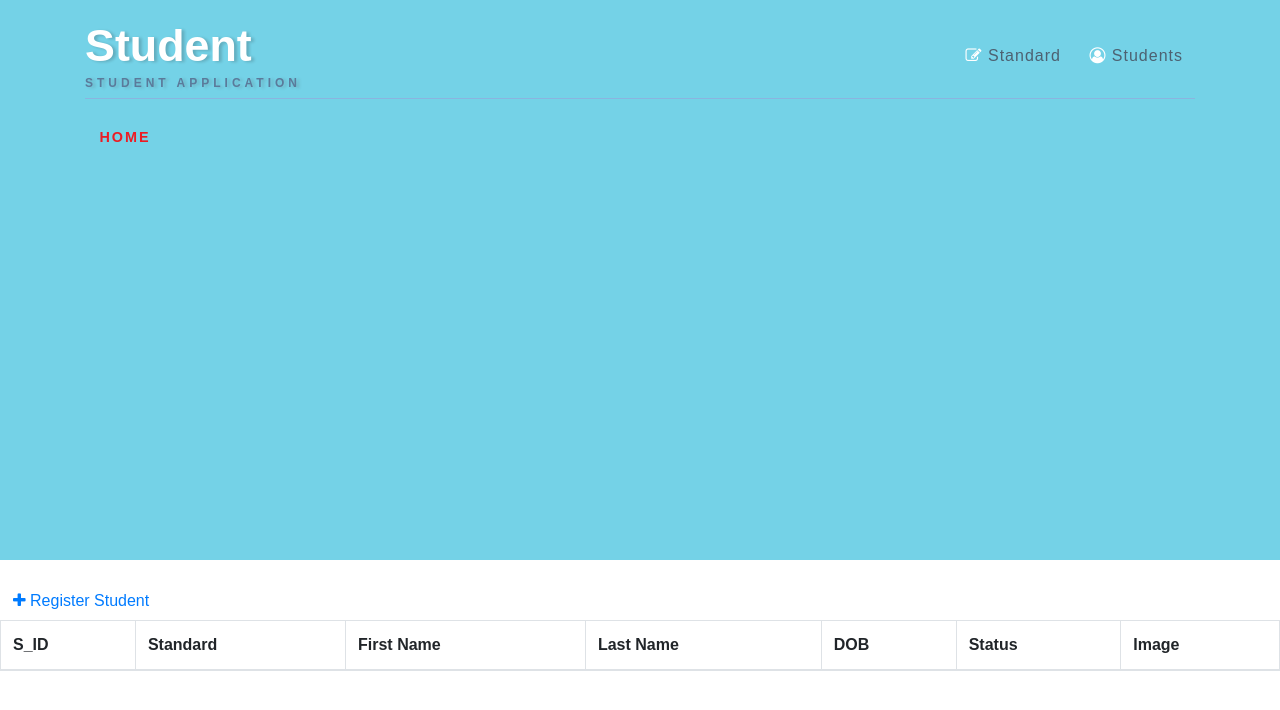
Repository: PallaviMadiya/Java-Framework-
Page: http://localhost/StudentApplication/student.jsp
The author's editor kept a copy of each file at every save. The page is drawn from the files as they stood at one save, then again after the next save.
The browser window is 1280 px wide. The pictures show the whole page.
Some web fonts or font styles are not loaded; a fallback is used. The page is served by Tomcat 9. Queries for data that is not in the repository find no rows.

Above is the page before, as saved 2023-10-18 09:09:57.

After the next save:
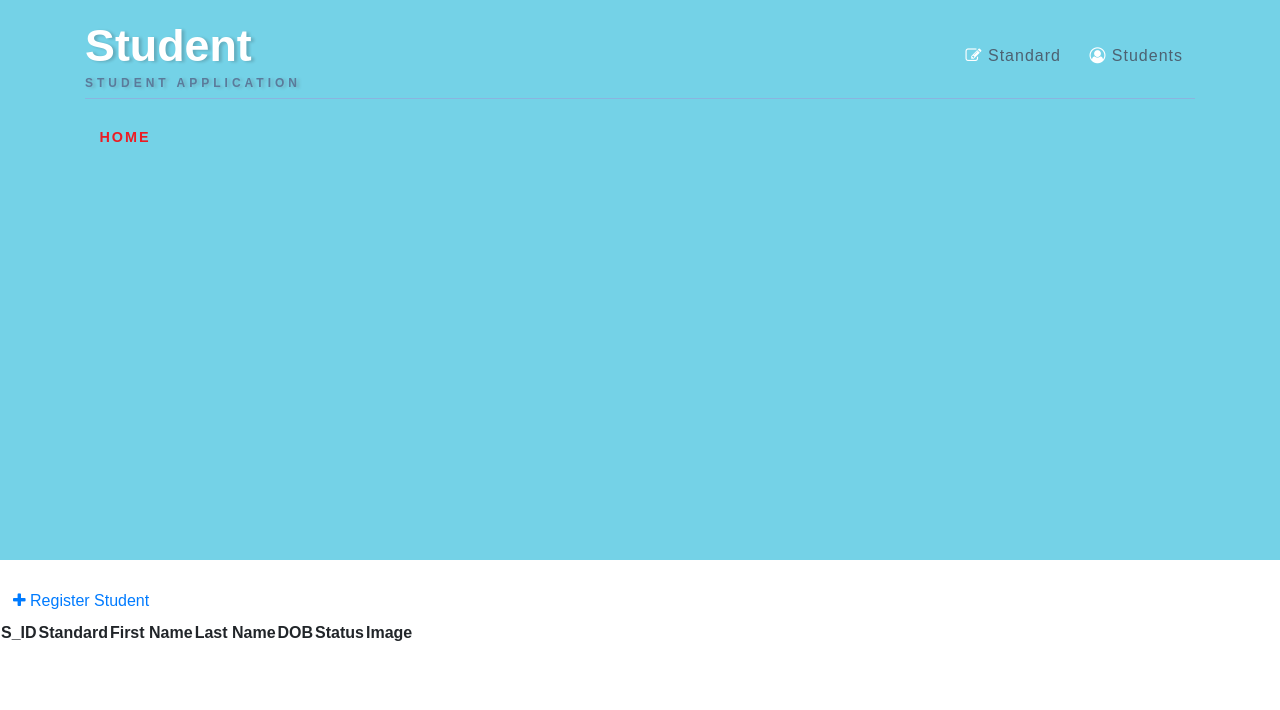
Saved 8 s later.
--- a/StudentApplication/src/main/webapp/student.jsp
+++ b/StudentApplication/src/main/webapp/student.jsp
@@ -19,7 +19,7 @@
     </div>
 	<%List<Student> list = StudentDao.getStudentList(); %>
 
-	<table class="table table-bordered" >
+	<table class="class="table table-hover table-fixed"" >
   <thead>
     <tr>
       <th scope="col">S_ID</th>

After the save that followed:
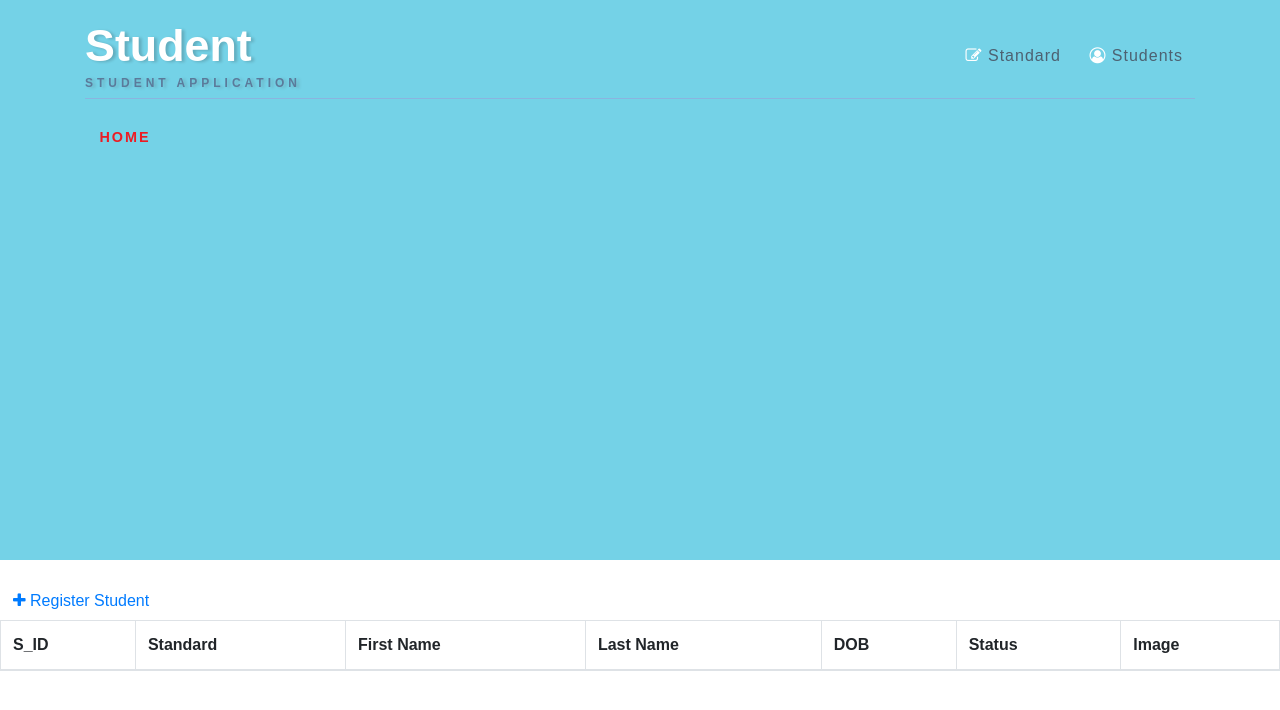
Saved 12 s later.
--- a/StudentApplication/src/main/webapp/student.jsp
+++ b/StudentApplication/src/main/webapp/student.jsp
@@ -19,7 +19,7 @@
     </div>
 	<%List<Student> list = StudentDao.getStudentList(); %>
 
-	<table class="class="table table-hover table-fixed"" >
+	<table class="table table-bordered" >
   <thead>
     <tr>
       <th scope="col">S_ID</th>
